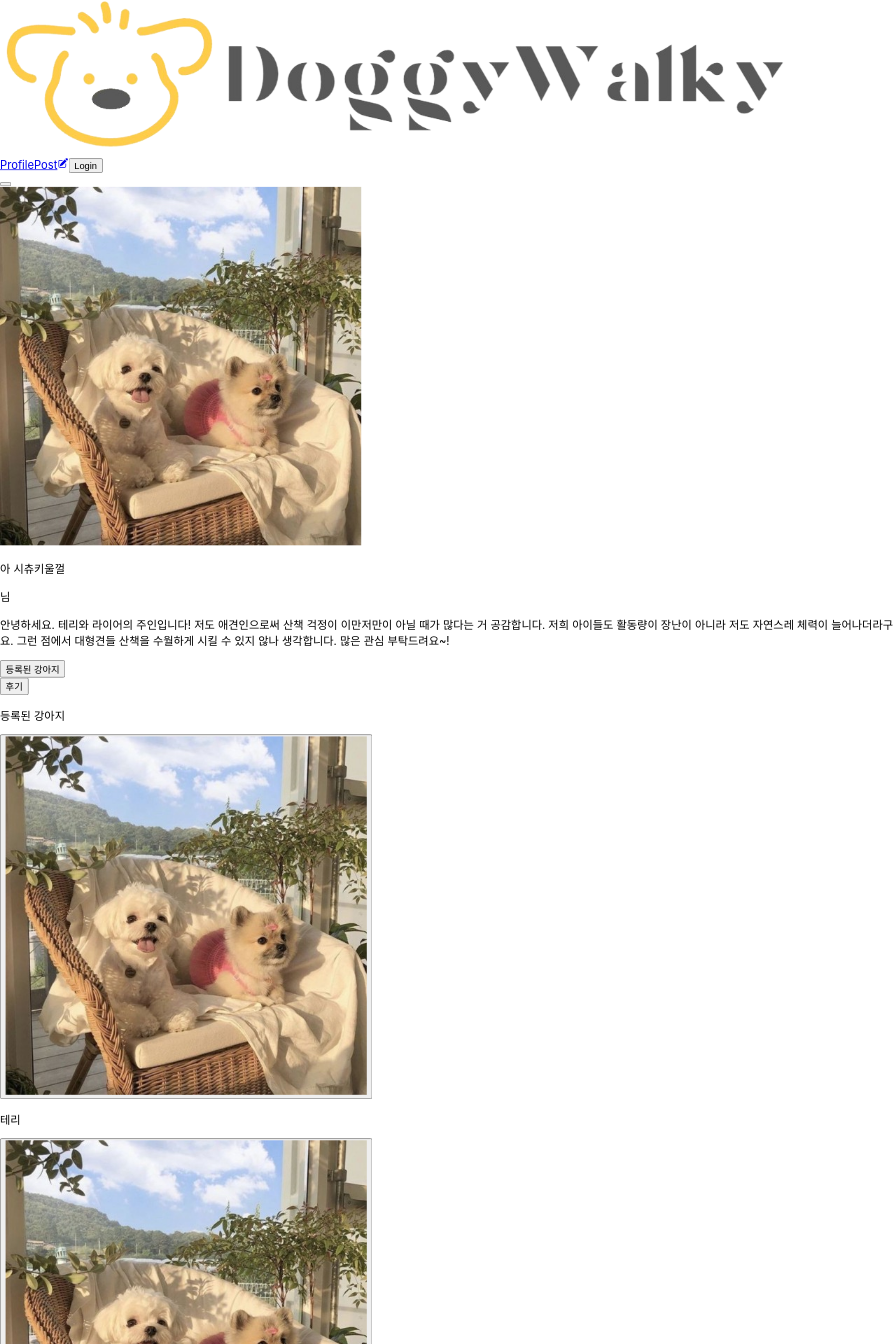
Repository: DoggyWalky/DoggyWalkyFront
Page: /Profile
The author's editor kept a copy of each file at every save. The page is drawn from the files as they stood at one save, then again after the next save.
The browser window is 1280 px wide. The pictures show the part of the page from y = 0 to 1920 px (the page is 8336 px tall before and 8341 px after), at 70% of full size.
The project was rebuilt for these pictures with package versions that can differ from the ones it lists, and the page was loaded fresh each time. Also part of the build but not shown: webpack.config.js, src/pages/NotFound.jsx, src/hooks/useScrollFadeIn.jsx, src/hooks/useScrollClipPath.jsx, src/hooks/useScrollCount.jsx, src/components/Introduce.jsx, src/components/Banner.jsx, src/pages/Home.jsx and 14 more.

Above is the page before, as saved 2024-03-01 03:08:05.

After the next save:
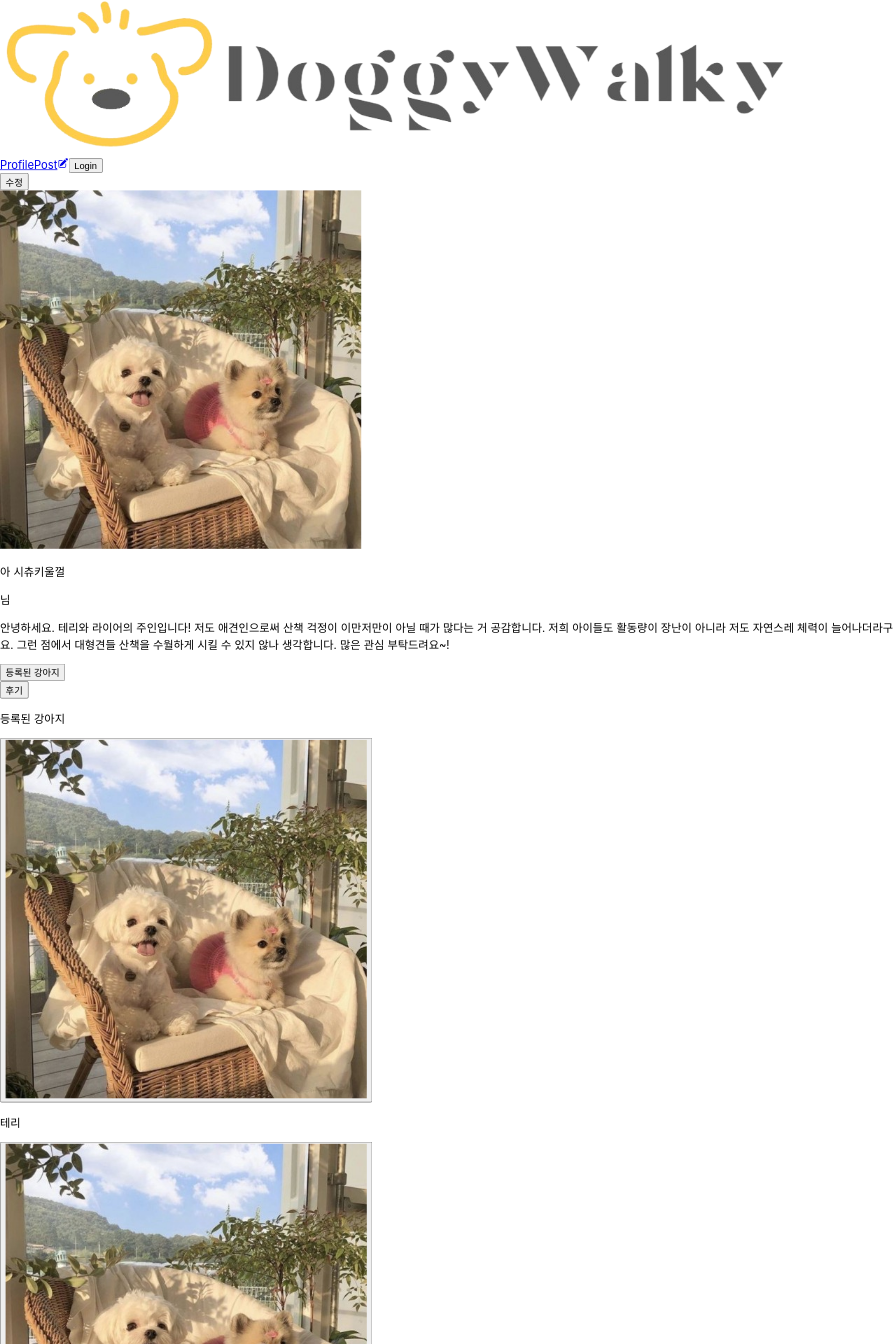
Saved 82 s later.
--- a/src/components/MemberProfile.jsx
+++ b/src/components/MemberProfile.jsx
@@ -12,10 +12,7 @@ const scrollToSection = (id) => {
 export default function MemberProfile() {
   return (
     <div>
-      <Button>
-        <p>수정</p>
-      </Button>
-
+      <button>수정</button>
       <div className=' p-4 pt-3 mb-16 items-center  bg-slate-200 shadow-2xl  rounded-3xl'>
         <div className='mx-auto '>
           <img
